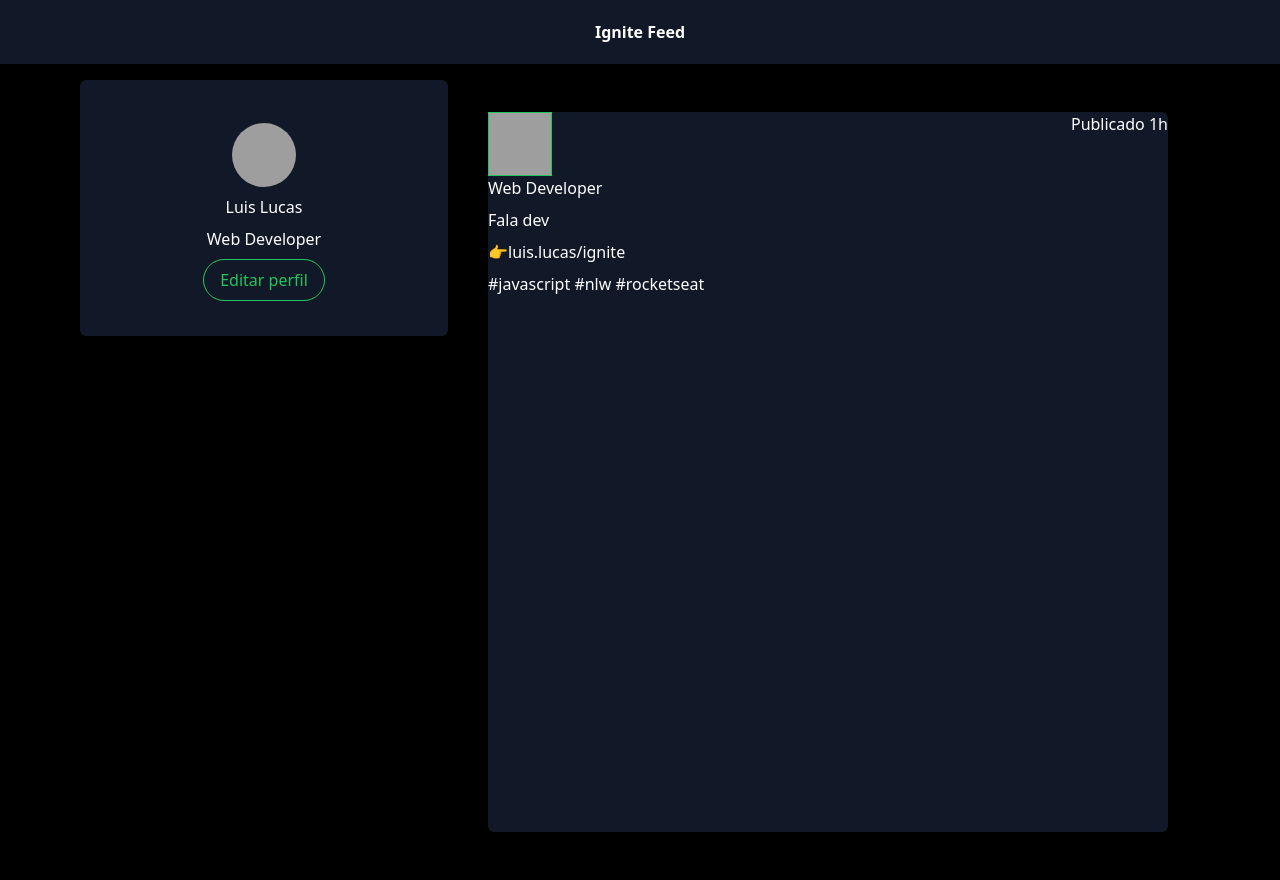
Repository: LuisSempre/ignite-feed
Page: /
The author's editor kept a copy of each file at every save. The page is drawn from the files as they stood at one save, then again after the next save.
The browser window is 1280 px wide. The pictures show the whole page.
Pictures or frames that could not be fetched are drawn as grey boxes. The project was rebuilt for these pictures with package versions that can differ from the ones it lists, and the page was loaded fresh each time. Also part of the build but not shown: vite.config.js.

Above is the page before, as saved 2022-07-13 23:12:48.

### src/App.jsx
import { Header } from "./Components/Header"
import { Sidebar } from "./Components/Sidebar"
import { Post } from "./Components/Post"
function App() {
  return (
    <div>
      <Header />
      <div className="max-w-6xl mx-auto p-4 grid grid-cols-3 gap-2 items-start">
        <Sidebar />
        <div className="col-span-2">
         <Post />
        </div>
      </div>
    </div>
  );
}

export default App;

### src/index.css
@tailwind base;
@tailwind components;
@tailwind utilities;

body {
    @apply bg-black text-white;
}

### src/Components/Header.jsx
export function Header() {
  return (
    <div className="flex items-center justify-center h-16 bg-gray-900 mx-auto w-full">
      <h1 className="font-bold bg-gray-900">Ignite Feed</h1>
    </div>
  )
}

### src/Components/Sidebar.jsx
export function Sidebar() {
  return (
    <div className="rounded-md bg-gray-900 justify-center items-center flex flex-col text-center  h-64 space-y-2">
        <span className=" bg-gradient-r from-green-500 via-blue-500"></span>
        <img
          className="w-16 h-16 rounded-full overflow-hidden object-cover"
          src="https://avatars.githubusercontent.com/u/32404639?v=4"
          alt=""
        />
        <h1>Luis Lucas</h1>
        <span>Web Developer</span>
        <a
          href=""
          className="border border-green-500 px-4 py-2 rounded-full text-green-500"
        >
          Editar perfil
        </a>
    </div>
  );
}

### src/Components/Post.jsx
export function Post() {
  return (
    <div className=" bg-gray-900 rounded-md h-screen space-y-2 m-8">
      <div className="flex justify-between ">
        <div className=" flex flex-col">
          <img
            className="h-16 w-16 border border-green-500"
            src="https://github.com/luissempre.png"
            alt=""
          />
          <span>Web Developer</span>
        </div>
        <div>
          <time dataTime="2022-05-11 08:13:00">Publicado 1h</time>
        </div>
      </div>
      <div className="space-y-2">
        <p>Fala dev</p>
        <p>👉luis.lucas/ignite</p>
        <p>#javascript #nlw #rocketseat</p>
      </div>
    </div>
  );
}

Loaded but not shown: index.html (common file); src/main.jsx (common file); tailwind.config.js (common file)

After the next save:
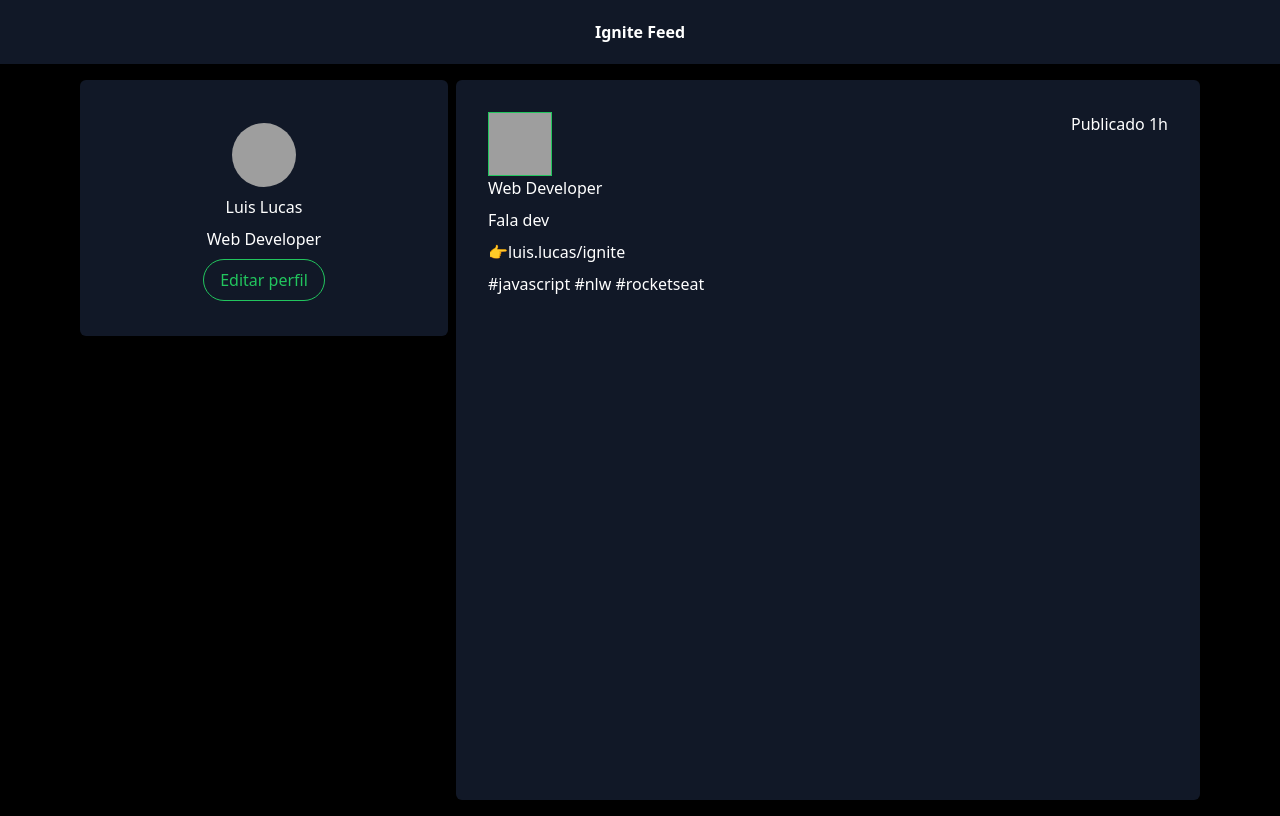
Saved 5 s later.
--- a/src/Components/Post.jsx
+++ b/src/Components/Post.jsx
@@ -1,6 +1,6 @@
 export function Post() {
   return (
-    <div className=" bg-gray-900 rounded-md h-screen space-y-2 m-8">
+    <div className=" bg-gray-900 rounded-md h-screen space-y-2 p-8">
       <div className="flex justify-between ">
         <div className=" flex flex-col">
           <img
